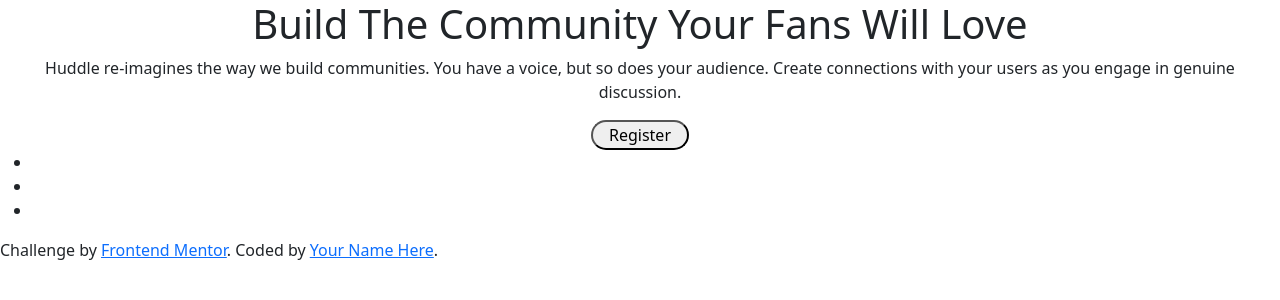
Repository: blordeus/huddle-landing-page-with-single-introductory-section-master
Page: index.html
An editor plug-in stored every save of this project. The page is shown before and after the next save, followed by the edit.
The browser window is 1280 px wide. The pictures show the whole page.

Above is the page before, as saved 2023-08-31 19:18:34.

After the next save:
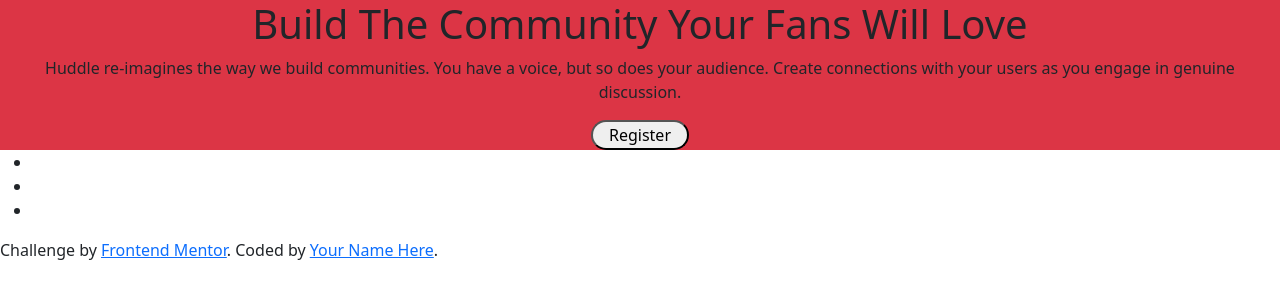
Saved 14 s later.
--- a/index.html
+++ b/index.html
@@ -14,7 +14,7 @@
 </head>
 <body>
 
-  <section class="container-fluid text-center bg-">
+  <section class="container-fluid text-center bg-danger">
     <h1>Build The Community Your Fans Will Love</h1>
     <p>
       Huddle re-imagines the way we build communities. You have a voice, but so does your audience.

After the save that followed:
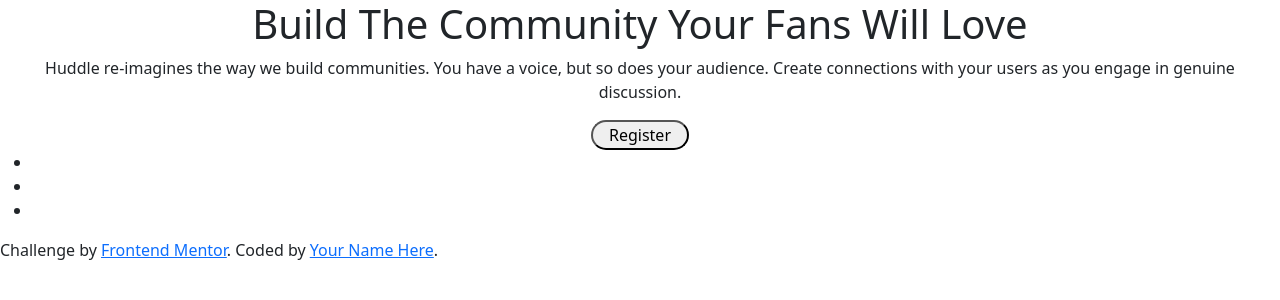
Saved 23 s later.
--- a/index.html
+++ b/index.html
@@ -14,7 +14,7 @@
 </head>
 <body>
 
-  <section class="container-fluid text-center bg-danger">
+  <section class="container-fluid text-center">
     <h1>Build The Community Your Fans Will Love</h1>
     <p>
       Huddle re-imagines the way we build communities. You have a voice, but so does your audience.
